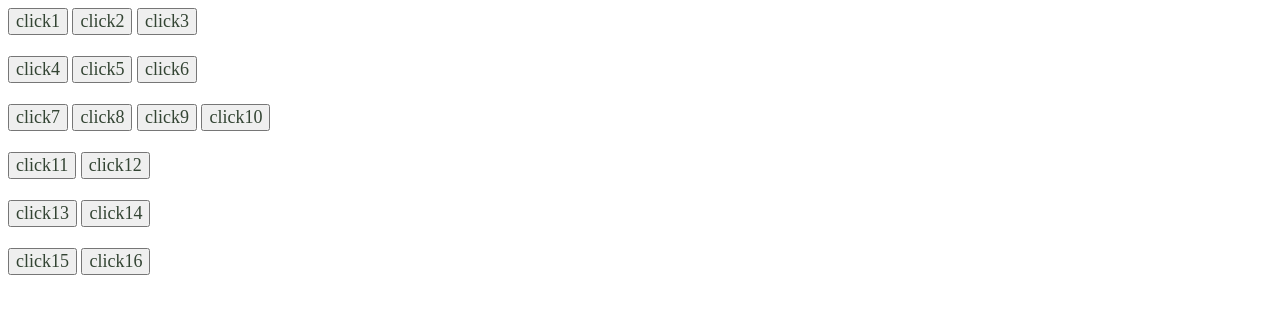
Repository: youngsik0405/Web-study
Page: JsonApp/WebContent/JsonTest07.html
The author's editor kept a copy of each file at every save. The page is drawn from the files as they stood at one save, then again after the next save.
The browser window is 1280 px wide. The pictures show the whole page.

Above is the page before, as saved 2025-02-05 03:07:21.

After the next save:
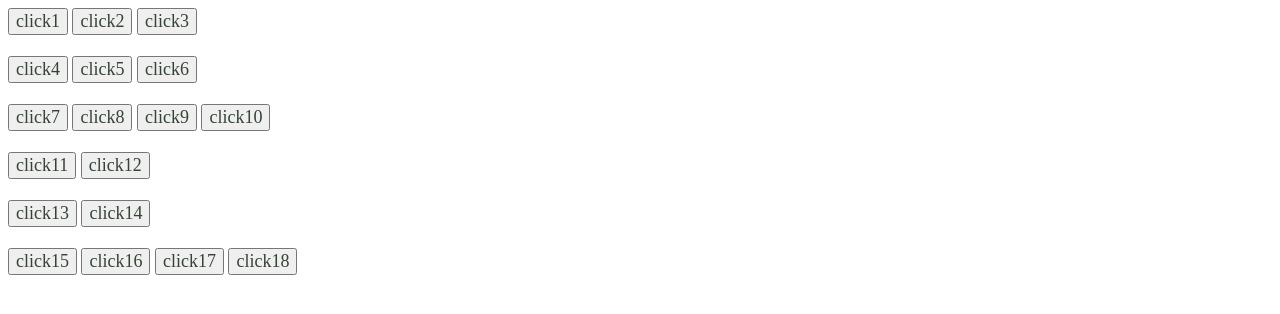
Saved 50 s later.
--- a/JsonApp/WebContent/JsonTest07.html
+++ b/JsonApp/WebContent/JsonTest07.html
@@ -101,6 +101,14 @@
 		onclick="alert(typeof (myJsonObject7_1[0] + myJsonObject7_1[2]))">
 	<!-- string -->
 
+	<!-- check~!! -->
+	<input type="button" value="click17"
+		onclick="alert(myJsonObject7_2[3] + myJsonObject7_2[4])">
+	<!-- test1undefined -->
+
+	<input type="button" value="click18"
+		onclick="alert(typeof (myJsonObject7_2[3] + myJsonObject7_2[4]))">
+
 </form>
 
 
